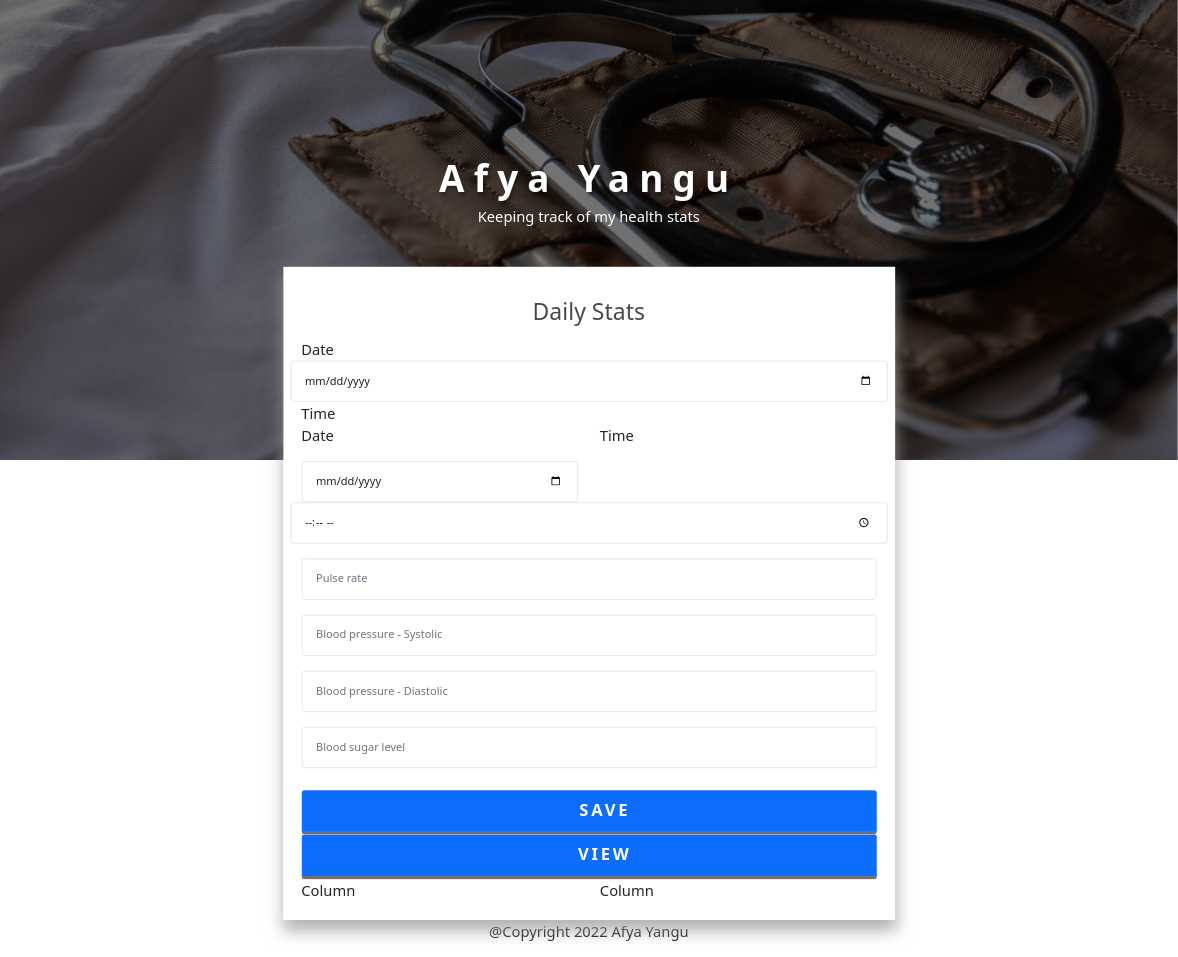
Repository: nashthecoder/afya_yangu
Page: /
An editor plug-in stored every save of this project. The page is shown before and after the next save, followed by the edit.
The browser window is 1280 px wide. The pictures show the whole page, at 92% of full size.
The project was rebuilt for these pictures with package versions that can differ from the ones it lists, and the page was loaded fresh each time.

Above is the page before, as saved 2022-02-27 15:55:05.

After the next save:
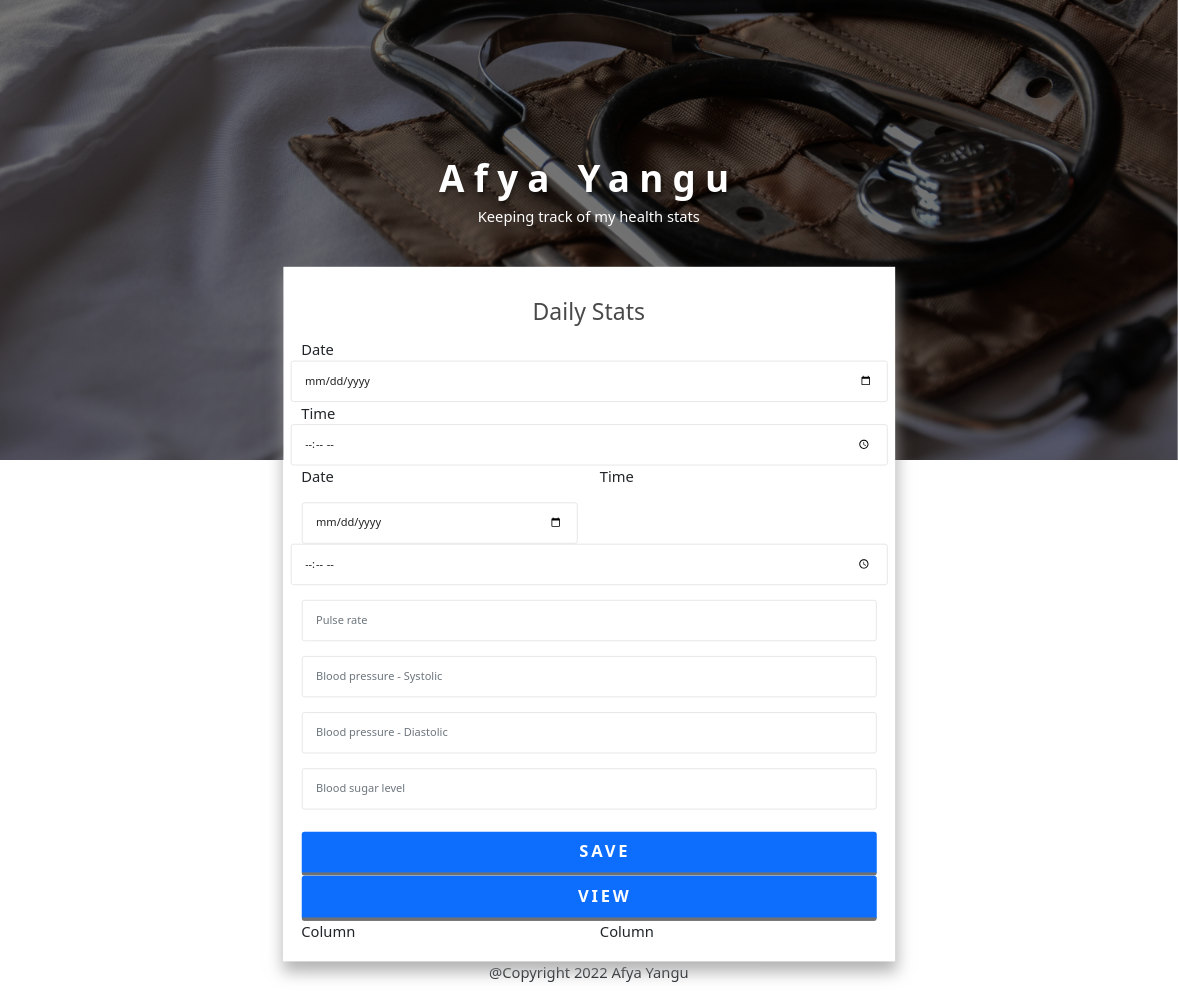
Saved 9 s later.
--- a/src/components/Form.js
+++ b/src/components/Form.js
@@ -24,6 +24,13 @@ const Form = () => {
                                         type="date"
                                     />
                                     <div class="col">Time</div>
+                                    <input
+                                        class="form-control"
+                                        id="time"
+                                        name="time"
+                                        placeholder="Time"
+                                        type="time"
+                                    />
                                 </div>
                             </div>
                                 <div class="row">
